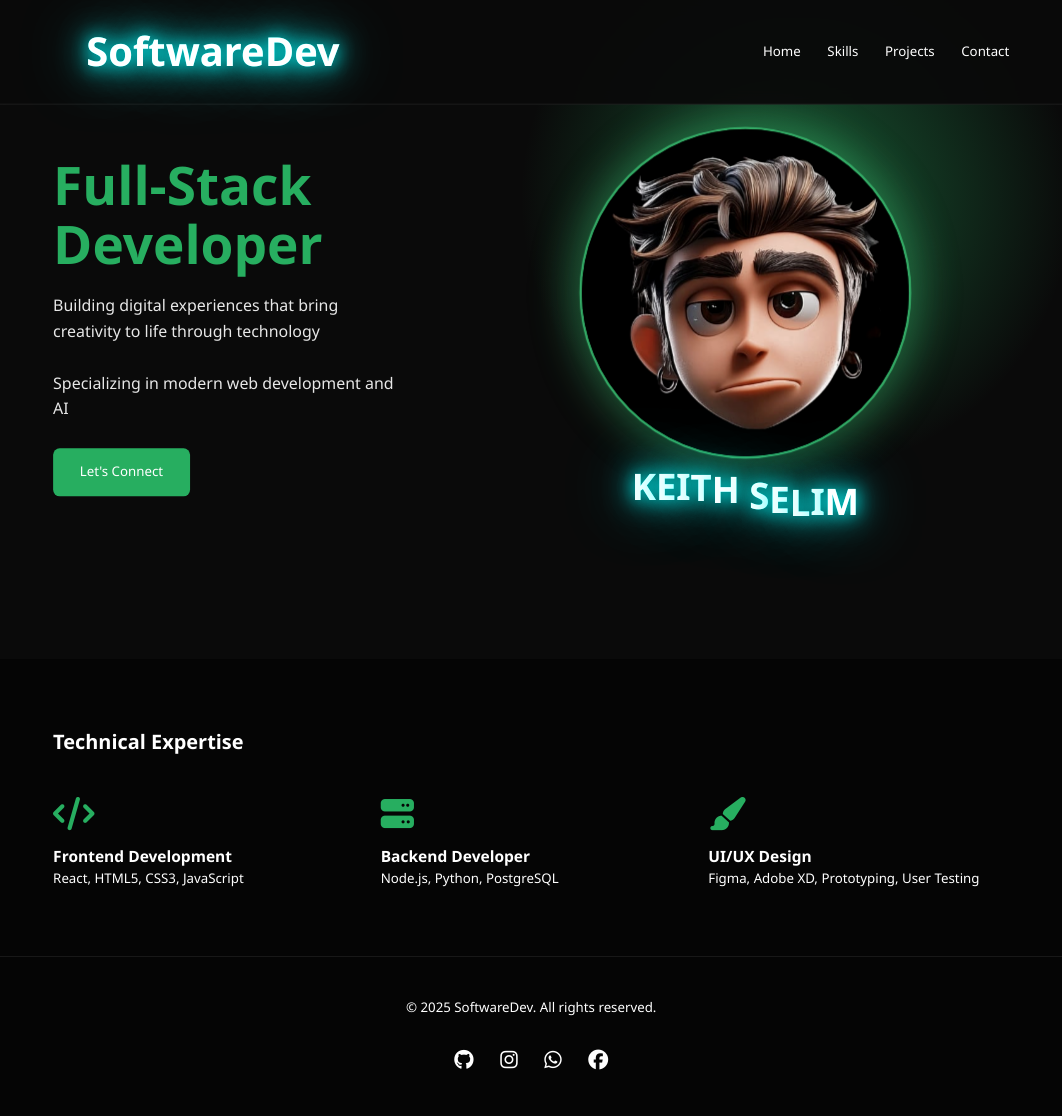
Repository: PEEZYBEE/my-react-portfolio
Page: /
The author's editor kept a copy of each file at every save. The page is drawn from the files as they stood at one save, then again after the next save.
The browser window is 1280 px wide. The pictures show the whole page, at 83% of full size.
The project was rebuilt for these pictures with package versions that can differ from the ones it lists, and the page was loaded fresh each time. Also part of the build but not shown: vite.config.js.

Above is the page before, as saved 2025-04-21 01:56:34.

### index.html
<!doctype html>
<html lang="en">
  <head>
    <meta charset="UTF-8" />
  <link rel="icon" type="image/svg+xml" href="favicon.svg" />
  <meta name="viewport" content="width=device-width, initial-scale=1.0" />
  <title>Keith Selim</title>

  <!-- ✅ Add this line below -->
  <link
    rel="stylesheet"
    href="https://cdnjs.cloudflare.com/ajax/libs/font-awesome/6.7.2/css/all.min.css"
    integrity="sha512-Evv84Mr4kqVGRNSgIGL/F/aIDqQb7xQ2vcrdIwxfjThSH8CSR7PBEakCr51Ck+w+/U6swU2Im1vVX0SVk9ABhg=="
    crossorigin="anonymous"
    referrerpolicy="no-referrer"
  />
</head>
  <body>
    <div id="root"></div>
    <script type="module" src="/src/main.jsx"></script>
  </body>
</html>

### src/index.css
:root {
  font-family: system-ui, Avenir, Helvetica, Arial, sans-serif;
  line-height: 1.5;
  font-weight: 400;

  color-scheme: light dark;
  color: rgba(255, 255, 255, 0.87);
  background-color: #242424;

  font-synthesis: none;
  text-rendering: optimizeLegibility;
  -webkit-font-smoothing: antialiased;
  -moz-osx-font-smoothing: grayscale;
}

a {
  font-weight: 500;
  color: #646cff;
  text-decoration: inherit;
}
a:hover {
  color: #535bf2;
}

body {
  margin: 0;


  min-width: 320px;
  min-height: 100vh;
}

h1 {
  font-size: 3.2em;
  line-height: 1.1;
}

button {
  border-radius: 8px;
  border: 1px solid transparent;
  padding: 0.6em 1.2em;
  font-size: 1em;
  font-weight: 500;
  font-family: inherit;
  background-color: #1a1a1a;
  cursor: pointer;
  transition: border-color 0.25s;
}
button:hover {
  border-color: #646cff;
}
button:focus,
button:focus-visible {
  outline: 4px auto -webkit-focus-ring-color;
}

@media (prefers-color-scheme: light) {
  :root {
    color: #213547;
    background-color: #ffffff;
  }
  a:hover {
    color: #747bff;
  }
  button {
    background-color: #f9f9f9;
  }
}

### src/App.jsx
import React from "react";
import Navbar from './components/Navbar';
import Hero from './components/Hero';
import NameBanner from './components/NameBanner';
import Skills from './components/Skills';
import Footer from './components/Footer';
import './style.css';


function App() {
  return (
    <>
      <Navbar />
      <Hero />
      <NameBanner />
      <Skills />
      <Footer />
    </>
  );
}

export default App;

### src/components/Navbar.jsx
import React from "react";

const Navbar = () => {
  return (
    <nav className="navbar">
      <a href="#home" className="logo">SoftwareDev</a>
      <ul className="nav-links">
        <li><a href="#home">Home</a></li>
        <li><a href="#skills">Skills</a></li>
        <li><a href="#projects">Projects</a></li>
        <li><a href="#contact">Contact</a></li>
      </ul>
    </nav>
  );
};

export default Navbar;

### src/components/Hero.jsx
import React from 'react';
import './Hero.css';
import profileImage from '../assets/profile.jpg';

const Hero = () => {
  return (
    <section id="home" className="hero">
      <div className="hero-content">
        <h1>Full-Stack Developer</h1>
        <p>Building digital experiences that bring creativity to life through technology</p>
        <p className="highlight">Specializing in modern web development and AI</p>
        <a href="#contact" className="cta-button">Let's Connect</a>
      </div>

      <div className="hero-image-container">
        <div className="profile-wrapper">
          <img src={profileImage} alt="Profile" className="profile-img" />
          <h2 className="bouncing-letters">
            <span>K</span>
            <span>E</span>
            <span>I</span>
            <span>T</span>
            <span>H</span>
            <span>&nbsp;</span>
            <span>S</span>
            <span>E</span>
            <span>L</span>
            <span>I</span>
            <span>M</span>
          </h2>
        </div>
      </div>
    </section>
  );
};

export default Hero;

### src/components/NameBanner.jsx
import React from "react";


const Hero = () => {
  return (
    <section>



    </section>
  );
};

export default Hero;

### src/components/Skills.jsx
import React from "react";

const Skills = () => {
  return (
    <section id="skills" className="skills">
      <h2>Technical Expertise</h2>
      <div className="skills-grid">
        <div className="skill-card">
          <i className="fa-solid fa-code"></i>
          <h3>Frontend Development</h3>
          <p>React, HTML5, CSS3, JavaScript</p>
        </div>
        <div className="skill-card">
          <i className="fa-solid fa-server"></i>
          <h3>Backend Developer</h3>
          <p>Node.js, Python, PostgreSQL</p>
        </div>
        <div className="skill-card">
          <i className="fa-solid fa-paintbrush"></i>
          <h3>UI/UX Design</h3>
          <p>Figma, Adobe XD, Prototyping, User Testing</p>
        </div>
      </div>
    </section>
  );
};

export default Skills;

### src/components/Footer.jsx
import React from "react";

const Footer = () => {
  return (
    <footer>
      <p>&copy; 2025 SoftwareDev. All rights reserved.</p>
      <div className="social-links">
        <a href="#"><i className="fa-brands fa-github"></i></a>
        <a href="#"><i className="fa-brands fa-instagram"></i></a>
        <a href="#"><i className="fa-brands fa-whatsapp"></i></a>
        <a href="#"><i className="fa-brands fa-facebook"></i></a>
      </div>
    </footer>
  );
};

export default Footer;

### src/style.css
.bouncing-letters span {
display: inline-block;
color: white;
text-shadow: 0px 0px 0px cyan,
             0px 0px 20px cyan,
             0px 0px 40px cyan,
             0px 0px 80px cyan;
font-size: 44px;
font-weight: bold;
animation: bounce 0.8s ease infinite alternate;



}

@keyframes bounce {
    0% { transform: translateY(0) }
    100% { transform: translateY(-20px) }

}

.bouncing-letters span:nth-child(1)
{ animation-delay:  0.1s; }


.bouncing-letters span:nth-child(2)
{ animation-delay:  0.2s; }


.bouncing-letters span:nth-child(3)
{ animation-delay:  0.3s; }


.bouncing-letters span:nth-child(4)
{ animation-delay:  0.4s; }


.bouncing-letters span:nth-child(5)
{ animation-delay: 0.5s; }


.bouncing-letters span:nth-child(6)
{ animation-delay:  0.6s; }

.bouncing-letters span:nth-child(7)
{ animation-delay:  0.7s; }

.bouncing-letters span:nth-child(8)
{ animation-delay:  0.8s; }

.bouncing-letters span:nth-child(9)
{ animation-delay:  0.9s; }

.bouncing-letters span:nth-child(10)
{ animation-delay:  1.0s; }

body{
    background-color: var(--dark-bg);
    color: var(--text);
    line-height: 1.6;
    overflow-x: hidden;
}


*{
  margin: 0;
  padding: 0;
  box-sizing: border-box;
  font-family: 'Segoe UI', sans-serif;
}
:root{
  --dark-bg: #0a0a0a;
  --darker-bg: #050505;
  --accent-glow: rgba(46, 204, 113, 0.4);
  --text: #ffffff;
}

.navbar{
  position: fixed;
  top: 0;
  width: 100%;
  padding: 1.5rem 5%;
  display: flex;
  justify-content: space-between;
  align-items: center;
  background:  rgba(10, 10, 10, 0.95);
  backdrop-filter: blur(10px);
  z-index: 1000;
  border-bottom: 1px solid rgba(255, 255, 255, 0.1);
}

.logo{
  font-size: 3rem;
  font-weight: 700;
  color: white;
  text-shadow: 0px 0px 0px cyan,
               0px 0px 20px cyan,
               0px 0px 40px cyan,
               0px 0px 80px cyan;
  /*color: var(--accent-glow);*/
  text-decoration: none;
  position: relative;
  padding-left: 2.5rem;
}

.nav-links{
  display: flex;
  gap: 2rem;
  list-style: none;
}

.nav-links a {
  color: var(--text);
  text-decoration: none;
  font-weight: 500;
  transition: all 0.3s ease;
  position: relative;
}

.nav-links a::after {
  content: '';
  position: absolute;
  bottom:  -5px;
  left: 0;
  width: 0;
  height: 2px;
  background: var(--accent-glow);
  transition: width 0.3s ease;
}

.nav-links a:hover::after {
   width: 100%;
}

.hero {
  min-height: 100vh;
  display: flex;
  align-items: center;
  padding: 12% 5%;
  background: radial-gradient(circle at 75% 30%,var(--accent-glow) 0%,transparent 30%);
}

.hero-content {
    flex: 1;
    padding-right: 5rem;
}

.hero-image {
    flex: 1;
    text-align: center;
    position: relative;
}

.profile-img {
    width: 400px;
    height: 400px;
    border-radius: 50%;
    object-fit: cover;
    border: 3px solid ,#27ae60;
    box-shadow: 0 0 50px 10px var(--accent-glow);
    animation: float 3s ease-in-out infinite;
    filter: grayscale(0.2) contrast(1.1);
}

@keyframes float {
    0%, 100%{ transform: translateY(0);}
    50% { transform: translateY(-20px);}
}

.hero h1 {
    font-size: 4rem;
    margin-bottom: 1.5rem;
    color: #27ae60;
    -webkit-background-clip: text;
    /*-webkit-text-fill-color: transparent;*/
    z-index: 10;
}

.hero p {
  font-size: 1.2rem;
  margin-bottom: 2rem;
  opacity: 0.9;
  max-width: 600px;
}

.cta-button {
  display: inline-block;
  padding: 1rem 2rem;
  background:  #27ae60;
  color: white;
  border-radius: 8px;
  text-decoration: none;
  transition: all 0.3s ease;
  position: relative;
  overflow: hidden;
}

.skills {
    padding: 5rem 5%;
    background: var(--darker-bg);
}

.skills-grid {
    display: grid;
    grid-template-columns: repeat(auto-fit,minmax(250px, 1fr));
    gap: 2rem;
    margin-top: 3rem;
}


.skills-card {
    padding: 2rem;
    border-radius: 15px;
    background: rgba(255,255,255,0.05);
    transition: all 0,3s ease;
    border: 1px solid rgba(255,255,255,0.1);
    backdrop-filter: blur(5px);
}

.skill-card:hover {
    transform: translateY(-10px);
    border-color: #27ae60;
    box-shadow: 0 10px 30px var(--accent-glow);
}

.skill-card i {
    font-size: 2.5rem;
    color:  #27ae60;
    margin-bottom: 1rem;
}

footer {
    background: var(--darker-bg);
    padding: 3rem 5%;
    text-align: center;
    border-top: 1px solid rgba(255, 255, 255, 0.1);
    width: 100%; /* Ensure it takes full width */
    position: relative;
    box-sizing: border-box;

}

.social-links {
    margin-top: 2rem;
    display: flex;
    justify-content: center;
    gap: 2rem;
}

.social-links a {
    color: var(--text);
    font-size:  1.5rem;
    transition: all 0.3s ease;
}

.social-links a:hover {
    color: white;
    text-shadow: 0px 0px 0px cyan,
                 0px 0px 20px cyan,
                 0px 0px 40px cyan,
                 0px 0px 80px cyan;
    transform: translateY(-3px);
}

@media (max-width: 768px) {
    .hero {
        flex-direction: column;
        text-align: center;
        padding-top: 8rem;
    }
    .hero-content {
        padding-right: 0;
        margin-bottom: 3rem;
    }
    .profile-img {
        width: 280px;
        height: 280px;
    }
    .nav-links {
        display: none;
    }
    .logo {
        font-size: 1.5rem;
        padding-left: 2rem;
    }
}

### src/components/Hero.css
.hero {
    display: flex;
    justify-content: space-between;
    align-items: center;
    padding: 2rem;
    flex-wrap: wrap;
  }

  .hero-content {
    flex: 1;
    max-width: 500px;
  }

  .hero-image-container {
    flex: 1;
    display: flex;
    justify-content: center;
    align-items: center;
    margin-left: 1rem;
  }

  .profile-wrapper {
    display: flex;
    flex-direction: column;
    align-items: center;
  }

  .profile-img {
    width: 200px;
    height: 200px;
    object-fit: cover;
    border-radius: 50%;
    border: 3px solid #646cff;
    margin-bottom: 1rem;
  }

  .bouncing-letters span {
    display: inline-block;
    animation: bounce 1s infinite alternate;
  }

  .bouncing-letters span:nth-child(2) { animation-delay: 0.1s; }
  .bouncing-letters span:nth-child(3) { animation-delay: 0.2s; }
  .bouncing-letters span:nth-child(4) { animation-delay: 0.3s; }
  .bouncing-letters span:nth-child(5) { animation-delay: 0.4s; }
  .bouncing-letters span:nth-child(6) { animation-delay: 0.5s; }
  .bouncing-letters span:nth-child(7) { animation-delay: 0.6s; }
  .bouncing-letters span:nth-child(8) { animation-delay: 0.7s; }
  .bouncing-letters span:nth-child(9) { animation-delay: 0.8s; }
  .bouncing-letters span:nth-child(10) { animation-delay: 0.9s; }
  .bouncing-letters span:nth-child(11) { animation-delay: 1s; }

  @keyframes bounce {
    0% { transform: translateY(0); }
    100% { transform: translateY(-10px); }
  }
  @media (max-width: 768px) {
    .hero-image-container {
      margin-left: 0; /* Reset for small screens */
      justify-content: center;
    }
  }

Loaded but not shown: src/main.jsx (common file)

After the next save:
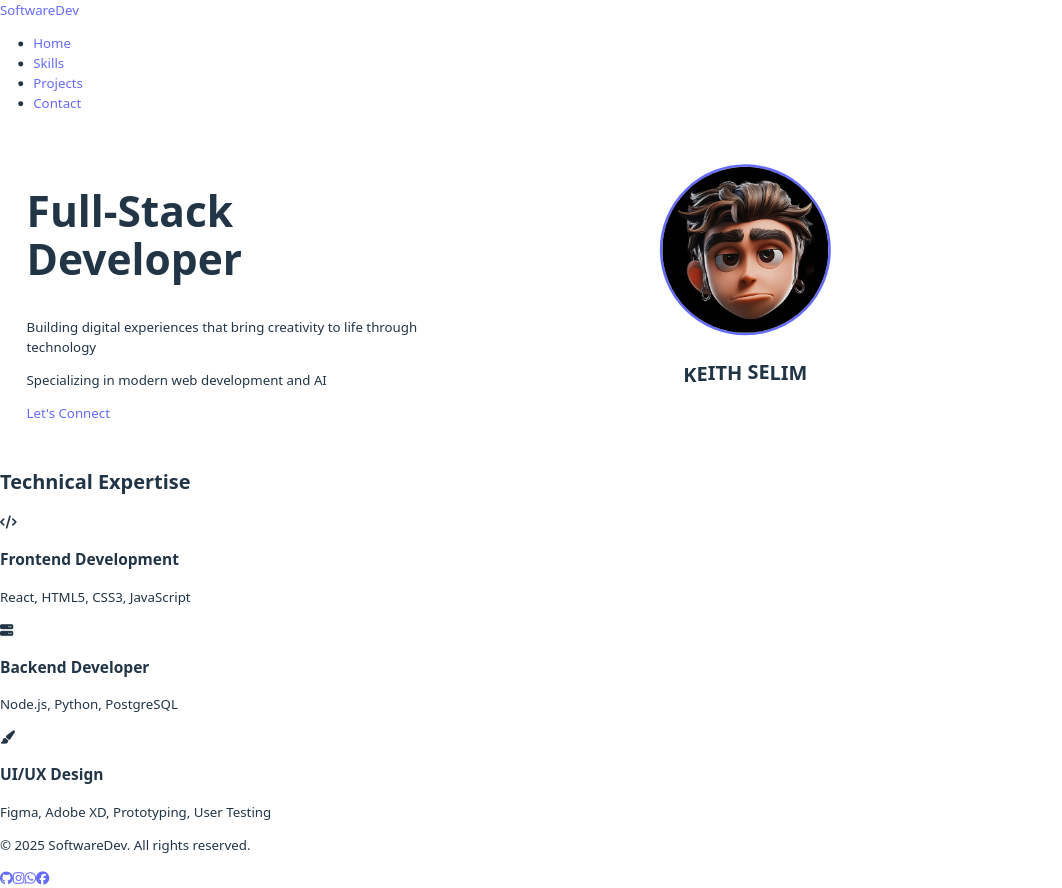
Saved 5 s later.
--- a/src/App.jsx
+++ b/src/App.jsx
@@ -4,7 +4,6 @@
 import NameBanner from './components/NameBanner';
 import Skills from './components/Skills';
 import Footer from './components/Footer';
-import './style.css';
 
 
 function App() {

After the 3 saves that followed:
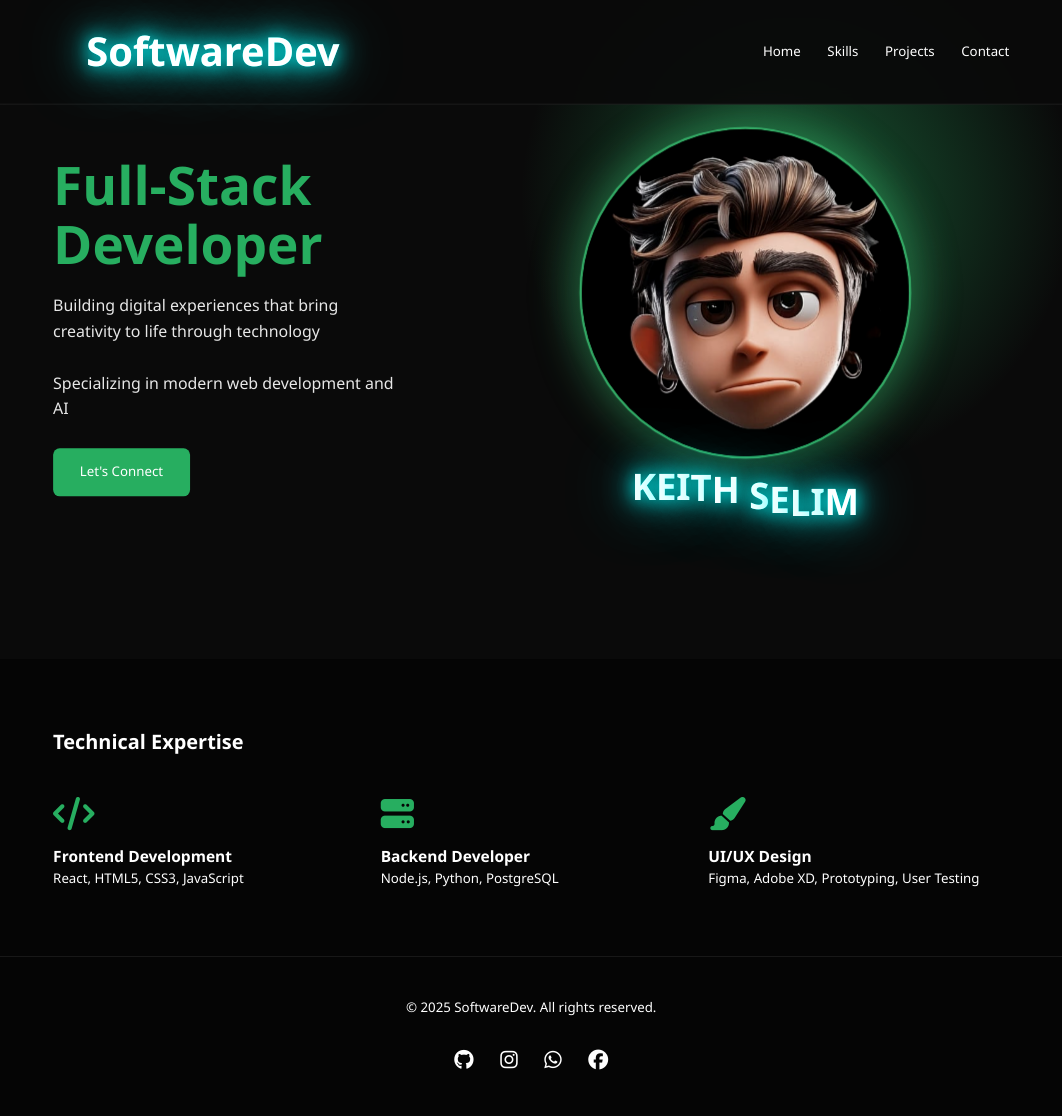
The 3 saves are shown as one change because 1 left the picture as it was and some came seconds apart.
The last was saved 114 s later.
--- a/src/App.jsx
+++ b/src/App.jsx
@@ -4,6 +4,7 @@
 import NameBanner from './components/NameBanner';
 import Skills from './components/Skills';
 import Footer from './components/Footer';
+import './style.css';
 
 
 function App() {
